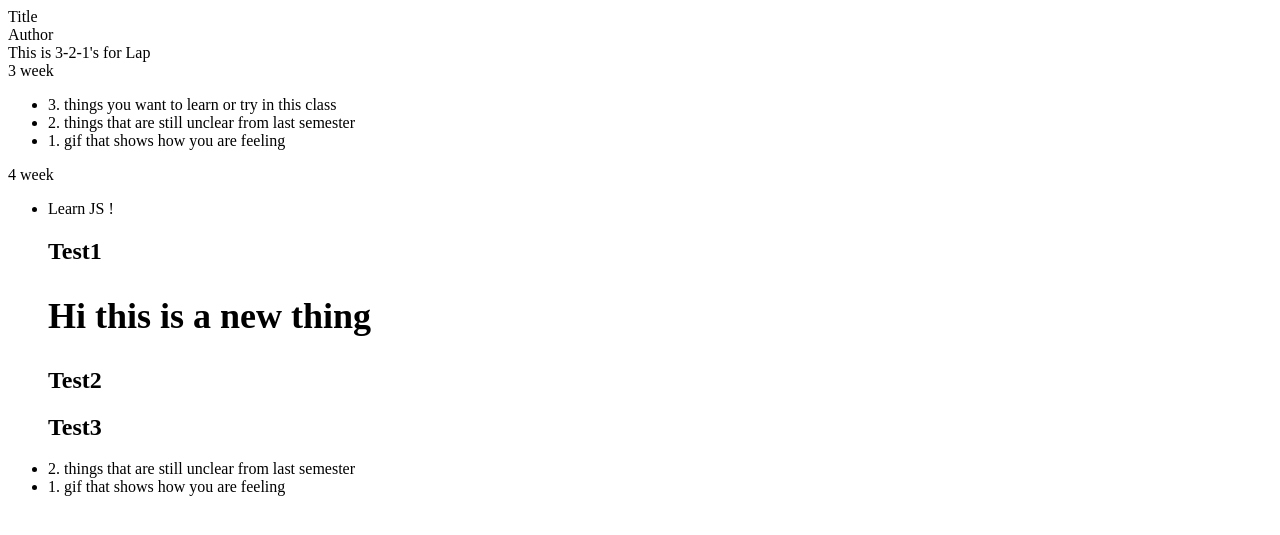
Repository: HyunJunggggg/MDIA2109
Page: inclass/index.html
An editor plug-in stored every save of this project. The page is shown before and after the next save, followed by the edit.
The browser window is 1280 px wide. The pictures show the whole page.

Above is the page before, as saved 2025-01-30 15:43:14.

After the next save:
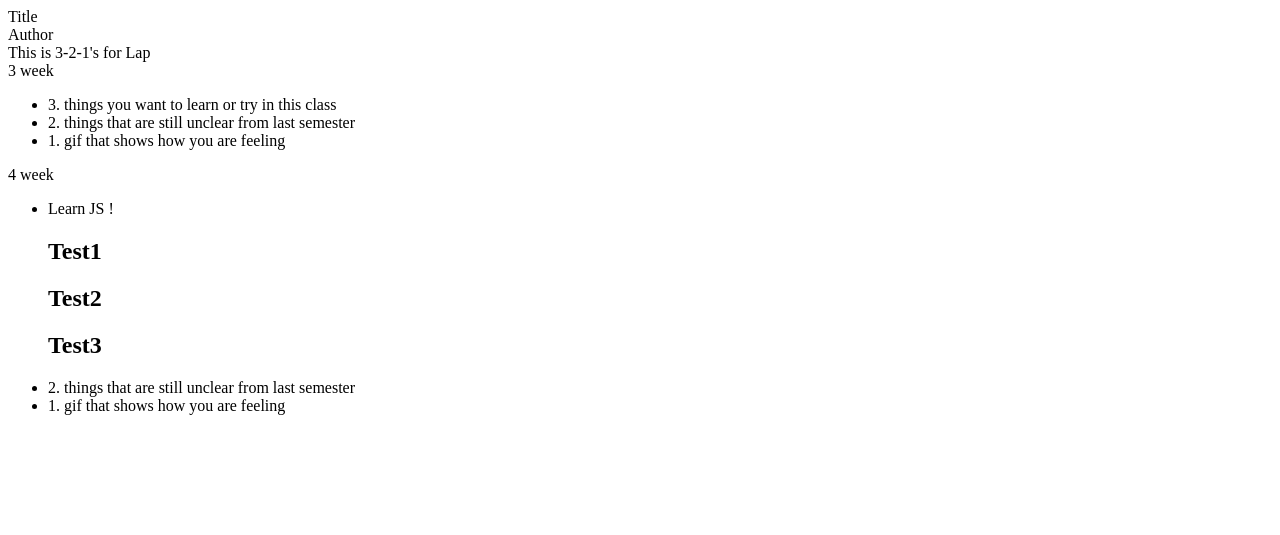
Console error: TypeError: $headerElement.append is not a function
Saved 12 s later.
--- a/inclass/main.js
+++ b/inclass/main.js
@@ -18,4 +18,4 @@ console.log($subheader);
 
 // querySelectorAll - shows array , so it should target
 
-$headerElement[0].append($subheader);
+$headerElement.append($subheader);

After the save that followed:
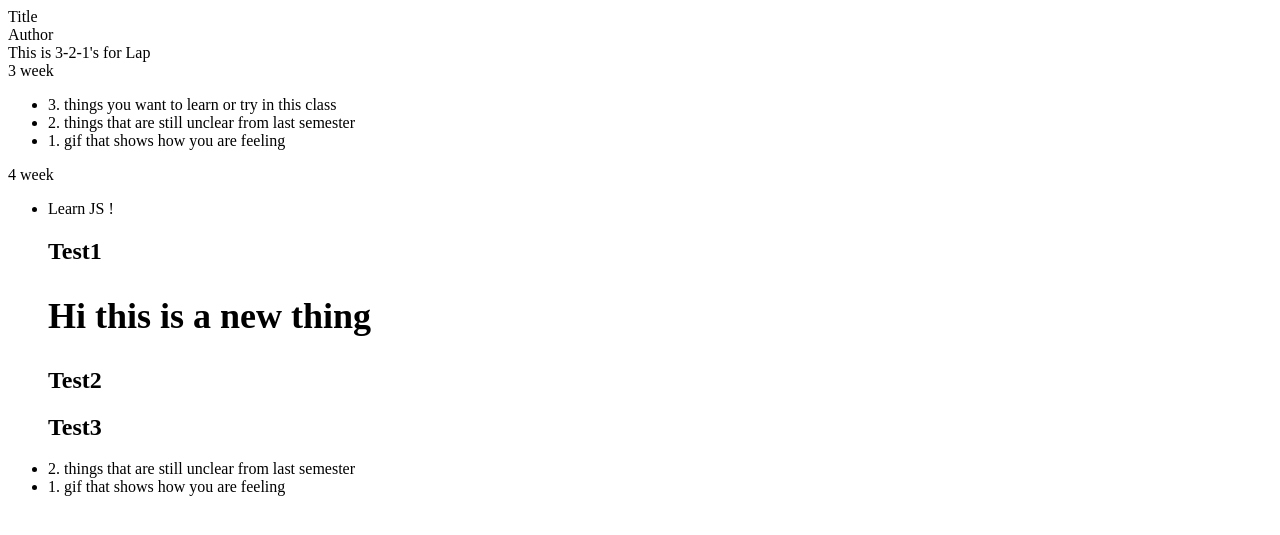
The error is gone.
Saved 12 s later.
--- a/inclass/main.js
+++ b/inclass/main.js
@@ -8,7 +8,7 @@ console.log('Hello ! This is my 🍉');
 //   window.alert ("Who are you?");
 // }
 
-let $headerElement = document.querySelectorAll('h1');
+let $headerElement = document.querySelector('h1');
 let $subheader = document.createElement('h2');
 // querySelecor -> target one thing
 // if var has $ <- this mean, it just reference document.
